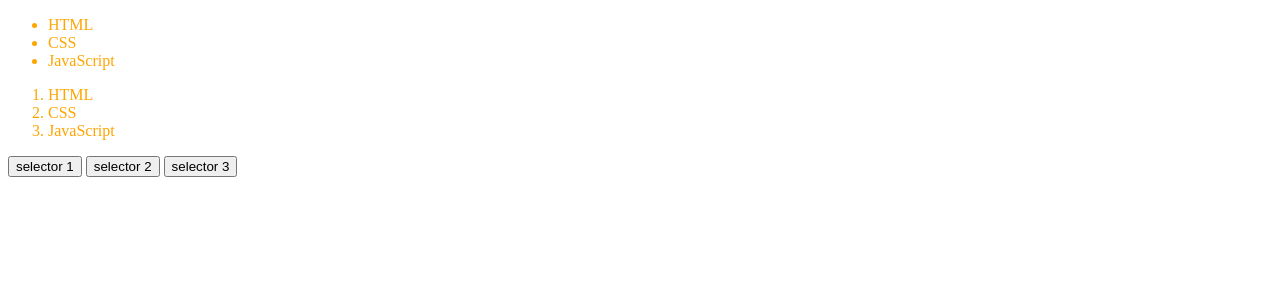
Repository: letzbegin/Study
Page: http://localhost/Javascript/DOM/Ex_03.jsp
These files come from the project's save history. The page is drawn as it stood at one moment and after the next save; the edit follows.
The browser window is 1280 px wide. The pictures show the whole page.
After loading, the first visible `input[onclick="second()"]` was clicked once.
The page is served by Tomcat 9. Other server files are loaded and not shown.

Above is the page before, as saved 2018-09-15 16:03:31.
Console error: TypeError: Cannot set properties of undefined (setting 'color')

### web_javascript/Javascript/WebContent/DOM/Ex_03.jsp
<%@ page language="java" contentType="text/html; charset=UTF-8"
    pageEncoding="UTF-8"%>
<!DOCTYPE html PUBLIC "-//W3C//DTD HTML 4.01 Transitional//EN" "http://www.w3.org/TR/html4/loose.dtd">
<html>
<head>
<meta http-equiv="Content-Type" content="text/html; charset=UTF-8">
<title>Insert title here</title>
</head>
<body>
<ul>
    <li>HTML</li>
    <li>CSS</li>
    <li>JavaScript</li>
</ul>
<ol>
    <li>HTML</li>
    <li class="active">CSS</li>
    <li>JavaScript</li>
</ol>
<input type="button" onclick="first()" value="selector 1">
<input type="button" onclick="second()" value="selector 2">
<input type="button" onclick="third()" value="selector 3">

</body>
</html>

<script type="text/javascript">
	//CSS의 선택자를 이용해서 태그를 선택
	//최초의 li 태그를 가진 값만 선택
	function first(){
		var li = document.querySelector("li");
		li.style.color="blue";
	}
// 	모든 li태그 선택
	function second(){
		//배열을 리턴 하기 때문에 foreach문으로 처리
		var lis = document.querySelectorAll("li");
		for(var li in lis){
			lis[li].style.color="orange";
		}

	}
// 	class 선택자를 이용
	function third(){
		var li = document.querySelector(".active");
		li.style.color="red";
	}

</script>

After the next save:
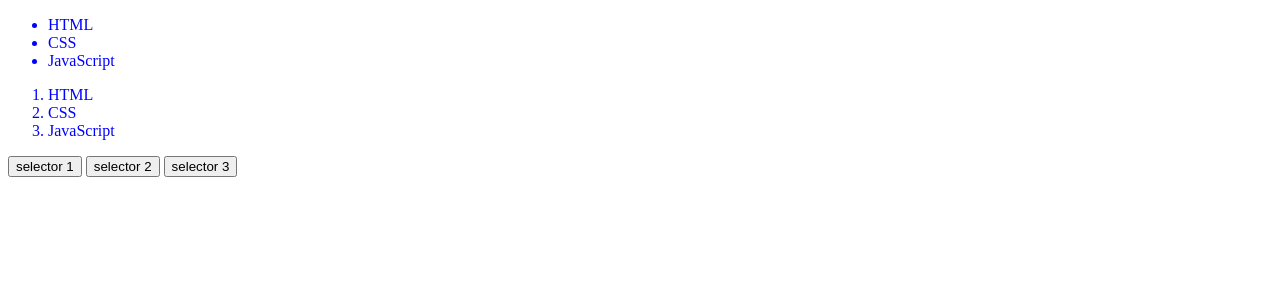
Saved 16 s later.
--- a/web_javascript/Javascript/WebContent/DOM/Ex_03.jsp
+++ b/web_javascript/Javascript/WebContent/DOM/Ex_03.jsp
@@ -34,10 +34,10 @@
 // 	모든 li태그 선택
 	function second(){
 		//배열을 리턴 하기 때문에 foreach문으로 처리
-		var lis = document.querySelectorAll("li");
-		for(var li in lis){
-			lis[li].style.color="orange";
-		}
+		 var lis = document.querySelectorAll('li');
+		    for(var name in lis){
+		        lis[name].style.color = 'blue';
+		    }
 
 	}
 // 	class 선택자를 이용

After the save that followed:
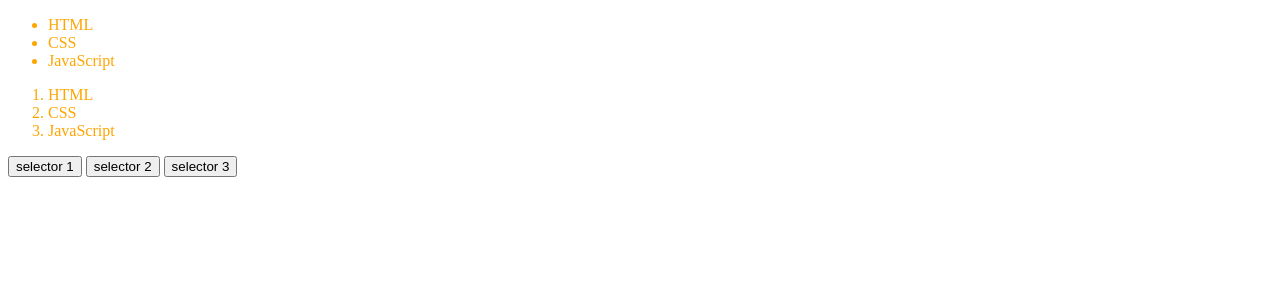
Saved 24 s later.
--- a/web_javascript/Javascript/WebContent/DOM/Ex_03.jsp
+++ b/web_javascript/Javascript/WebContent/DOM/Ex_03.jsp
@@ -34,10 +34,10 @@
 // 	모든 li태그 선택
 	function second(){
 		//배열을 리턴 하기 때문에 foreach문으로 처리
-		 var lis = document.querySelectorAll('li');
-		    for(var name in lis){
-		        lis[name].style.color = 'blue';
-		    }
+		var lis = document.querySelectorAll("li");
+		for(var li in lis){
+			lis[li].style.color="orange";
+		}
 
 	}
 // 	class 선택자를 이용
